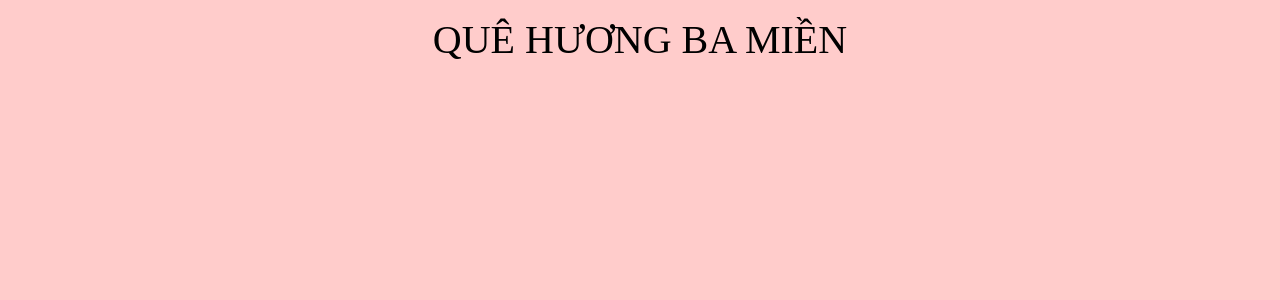
Repository: Tan-Khang21/TH_TKW--Buoi_06
Page: Bai_Tap_Tren_lop/Bai_02/LayoutCSS2.html
An editor plug-in stored every save of this project. The page is shown before and after the next save, followed by the edit.
The browser window is 1280 px wide. The pictures show the whole page.

Above is the page before, as saved 2024-03-11 20:11:00.

After the next save:
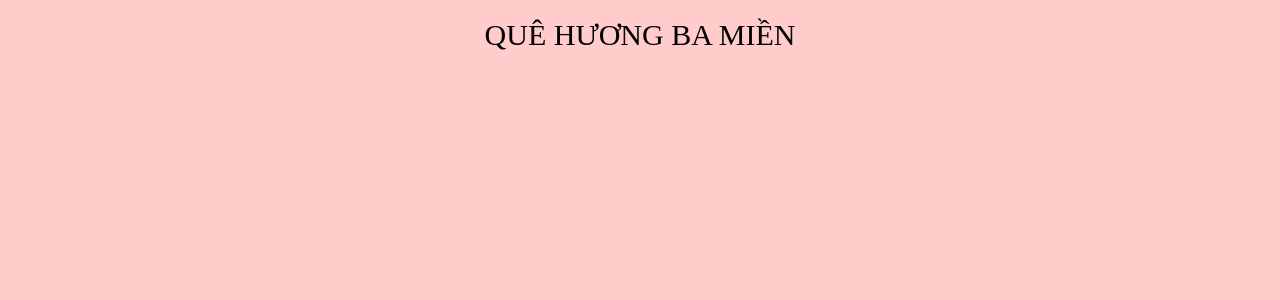
Saved 11 s later.
--- a/Bai_Tap_Tren_lop/Bai_02/style.css
+++ b/Bai_Tap_Tren_lop/Bai_02/style.css
@@ -7,6 +7,6 @@ body {
 }
 .title {
   text-align: center;
-  font-size: 40px;
+  font-size: 30px;
   margin: 20px;
 }
